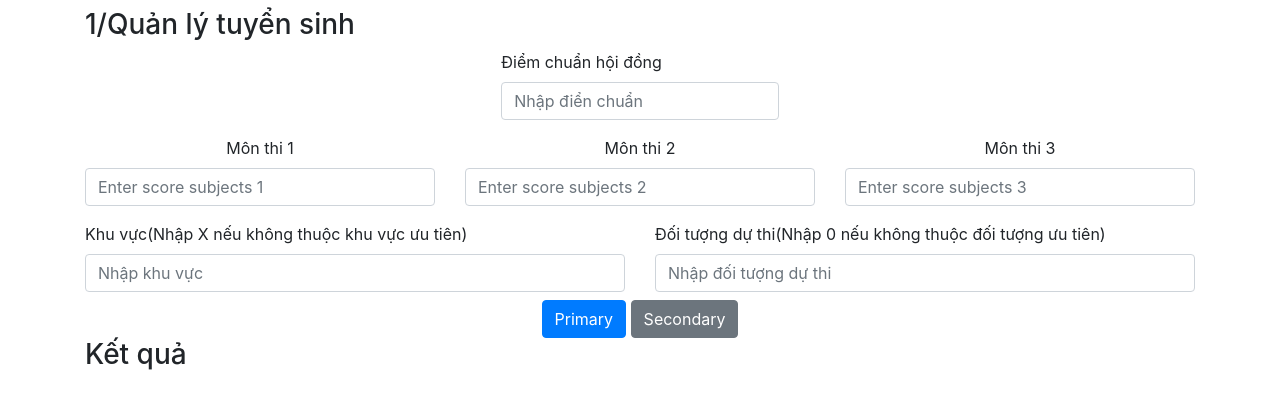
Repository: baobaodeveloper/bootcamp21__jsbasic4_HuynhAnhBao
Page: index.html
An editor plug-in stored every save of this project. The page is shown before and after the next save, followed by the edit.
The browser window is 1280 px wide. The pictures show the whole page.

Above is the page before, as saved 2022-03-13 17:45:56.

### index.html
<!DOCTYPE html>
<html lang="en">
  <head>
    <title>Exercise3</title>
    <!-- Required meta tags -->
    <meta charset="utf-8" />
    <meta
      name="viewport"
      content="width=device-width, initial-scale=1, shrink-to-fit=no"
    />

    <!-- Bootstrap CSS -->
    <link
      rel="stylesheet"
      href="https://stackpath.bootstrapcdn.com/bootstrap/4.3.1/css/bootstrap.min.css"
      integrity="sha384-ggOyR0iXCbMQv3Xipma34MD+dH/1fQ784/j6cY/iJTQUOhcWr7x9JvoRxT2MZw1T"
      crossorigin="anonymous"
    />
  </head>
  <body>
    <!-- 1/Quản lý tuyển sinh -->
    <div class="container mt-2">
      <h3>1/Quản lý tuyển sinh</h3>

      <div class="mb-3 w-25 m-auto">
        <label for="exampleFormControlInput1" class="score"
          >Điểm chuẩn hội đồng</label
        >
        <input
          type="email"
          class="form-control"
          id="exampleFormControlInput1"
          placeholder="Nhập điển chuẩn"
        />
      </div>

      <div class="row mt-3 text-center">
        <div class="col">
          <label class="score">Môn thi 1</label>
          <input
            type="text"
            class="form-control"
            placeholder="Enter score subjects 1"
          />
        </div>
        <div class="col">
          <label class="score">Môn thi 2</label>
          <input
            type="text"
            class="form-control"
            placeholder="Enter score subjects 2"
          />
        </div>
        <div class="col">
          <label class="score">Môn thi 3</label>
          <input
            type="text"
            class="form-control"
            placeholder="Enter score subjects 3"
          />
        </div>
      </div>

      <div class="row mt-3">
        <div class="col">
          <label class="score"
            >Khu vực(Nhập X nếu không thuộc khu vực ưu tiên)</label
          >
          <input type="text" class="form-control" placeholder="Nhập khu vực" />
        </div>
        <div class="col">
          <label class="score"
            >Đối tượng dự thi(Nhập 0 nếu không thuộc đối tượng ưu tiên)</label
          >
          <input
            type="text"
            class="form-control"
            placeholder="Nhập đối tượng dự thi"
          />
        </div>
      </div>

      <div class="text-center mt-2">
        <button type="button" class="btn btn-primary">Primary</button>
        <button type="button" class="btn btn-secondary">Secondary</button>
      </div>

      <h3 class="m-auto">Kết quả</h3>
    </div>
    <!-- Optional JavaScript -->
    <!-- jQuery first, then Popper.js, then Bootstrap JS -->
    <script
      src="https://code.jquery.com/jquery-3.3.1.slim.min.js"
      integrity="sha384-q8i/X+965DzO0rT7abK41JStQIAqVgRVzpbzo5smXKp4YfRvH+8abtTE1Pi6jizo"
      crossorigin="anonymous"
    ></script>
    <script
      src="https://cdnjs.cloudflare.com/ajax/libs/popper.js/1.14.7/umd/popper.min.js"
      integrity="sha384-UO2eT0CpHqdSJQ6hJty5KVphtPhzWj9WO1clHTMGa3JDZwrnQq4sF86dIHNDz0W1"
      crossorigin="anonymous"
    ></script>
    <script
      src="https://stackpath.bootstrapcdn.com/bootstrap/4.3.1/js/bootstrap.min.js"
      integrity="sha384-JjSmVgyd0p3pXB1rRibZUAYoIIy6OrQ6VrjIEaFf/nJGzIxFDsf4x0xIM+B07jRM"
      crossorigin="anonymous"
    ></script>

    <script src="exercise1.js"></script>
  </body>
</html>

Loaded but not shown: exercise1.js (no stored copy; drawn as an empty file)

After the next save:
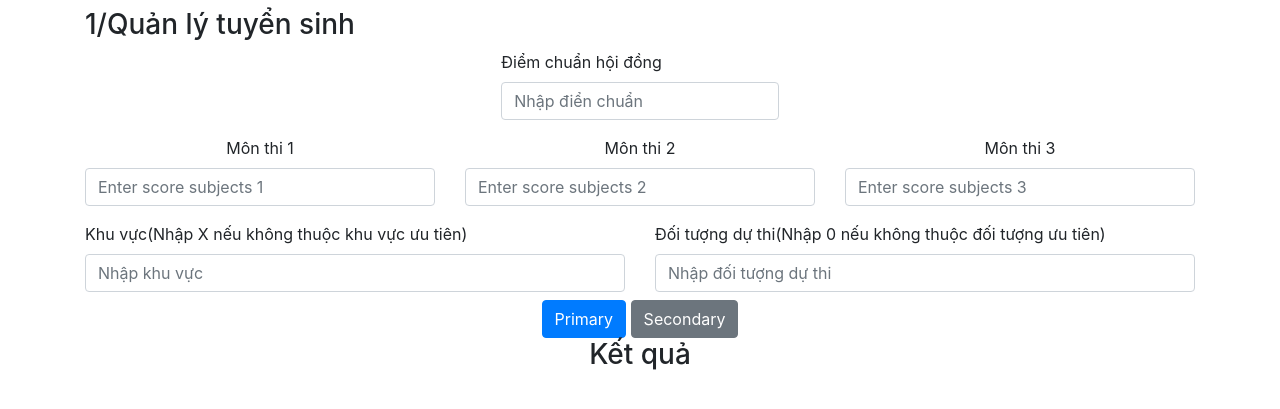
Saved 20 s later.
--- a/index.html
+++ b/index.html
@@ -85,7 +85,7 @@
         <button type="button" class="btn btn-secondary">Secondary</button>
       </div>
 
-      <h3 class="m-auto">Kết quả</h3>
+      <h3 class="text-center">Kết quả</h3>
     </div>
     <!-- Optional JavaScript -->
     <!-- jQuery first, then Popper.js, then Bootstrap JS -->
